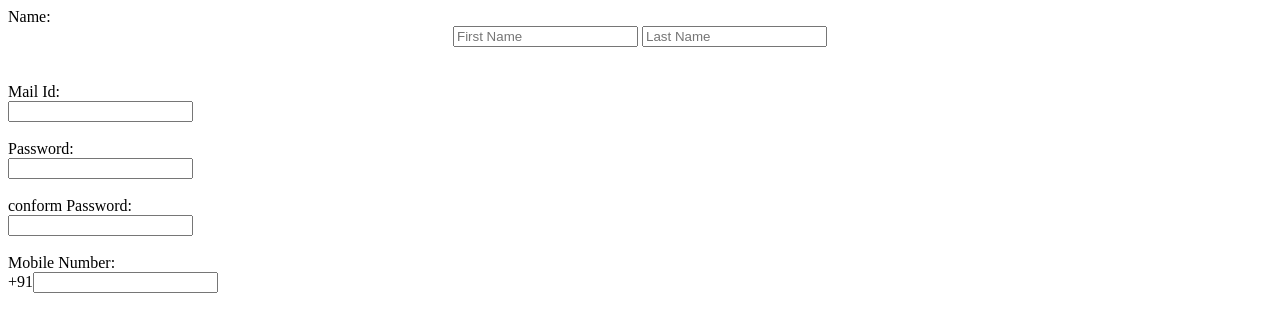
Repository: AbubakarShaik/Java_J2EE_Project
Page: http://localhost/com.testprojectServlet/Registration.jsp
The author's editor kept a copy of each file at every save. The page is drawn from the files as they stood at one save, then again after the next save.
The browser window is 1280 px wide. The pictures show the whole page.
The page is served by Tomcat 9. Other server files are loaded and not shown.

Above is the page before, as saved 2016-12-19 18:06:59.

### com.testprojectServlet/WebContent/Registration.jsp
<%@ page language="java" contentType="text/html; charset=ISO-8859-1"
    pageEncoding="ISO-8859-1"%>
<!DOCTYPE html PUBLIC "-//W3C//DTD HTML 4.01 Transitional//EN" "http://www.w3.org/TR/html4/loose.dtd">
<html>
<head>
<meta http-equiv="Content-Type" content="text/html; charset=ISO-8859-1">
<title>Insert title here</title>
</head>
<body>


Name:<br> <center><input type="text" placeholder="First Name"> <input type="text" placeholder="Last Name"></center>
<br>

<br>
Mail Id:<br>
<input type="text" name="Mail Id">
<br>

<br>
Password:<br>
<input type="text" name="Password">
<br>

<br>
conform Password:<br>
<input type="text" name="Password">
<br>

<br>
Mobile Number:<br>
+91<input type="text" name="Number">


</body>
</html>

After the next save:
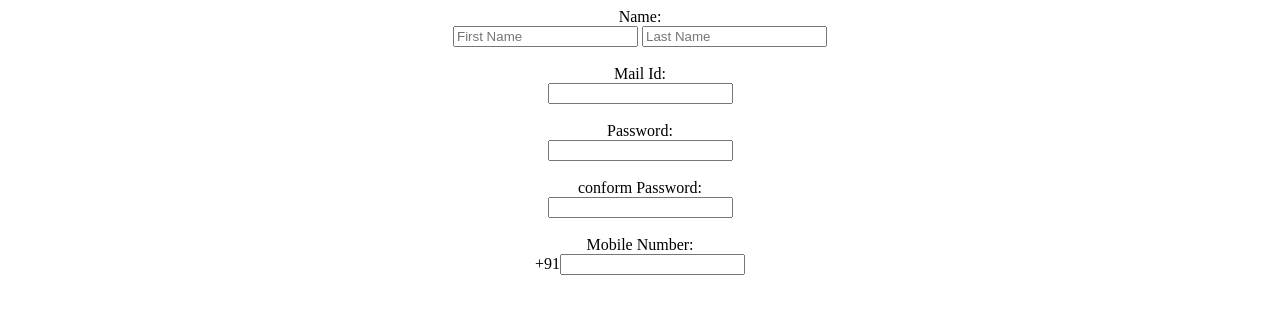
Saved 75 s later.
--- a/com.testprojectServlet/WebContent/Registration.jsp
+++ b/com.testprojectServlet/WebContent/Registration.jsp
@@ -8,8 +8,8 @@
 </head>
 <body>
 
-
-Name:<br> <center><input type="text" placeholder="First Name"> <input type="text" placeholder="Last Name"></center>
+<center>
+Name:<br><input type="text" placeholder="First Name"> <input type="text" placeholder="Last Name">
 <br>
 
 <br>
@@ -31,6 +31,6 @@ conform Password:<br>
 Mobile Number:<br>
 +91<input type="text" name="Number">
 
-
+</center>
 </body>
 </html>
